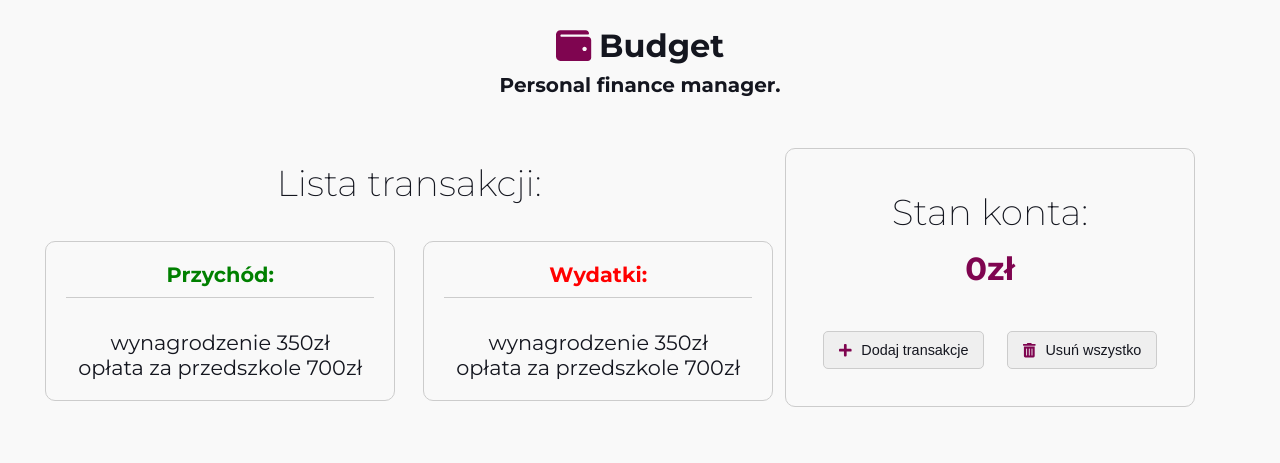
Repository: KrzysKolo/sr_tydzien4_zad4
Page: /
An editor plug-in stored every save of this project. The page is shown before and after the next save, followed by the edit.
The browser window is 1280 px wide. The pictures show the whole page.
Some web libraries are served in a nearby version. The project was rebuilt for these pictures with package versions that can differ from the ones it lists, and the page was loaded fresh each time. Also part of the build but not shown: src/components/budgetComponents/formComponents/Header.js, src/components/budgetComponents/formComponents/ErrorMessage.js, src/components/budgetComponents/formComponents/Input.js, src/components/budgetComponents/formComponents/Select.js.

Above is the page before, as saved 2020-12-03 23:12:50.

After the next save:
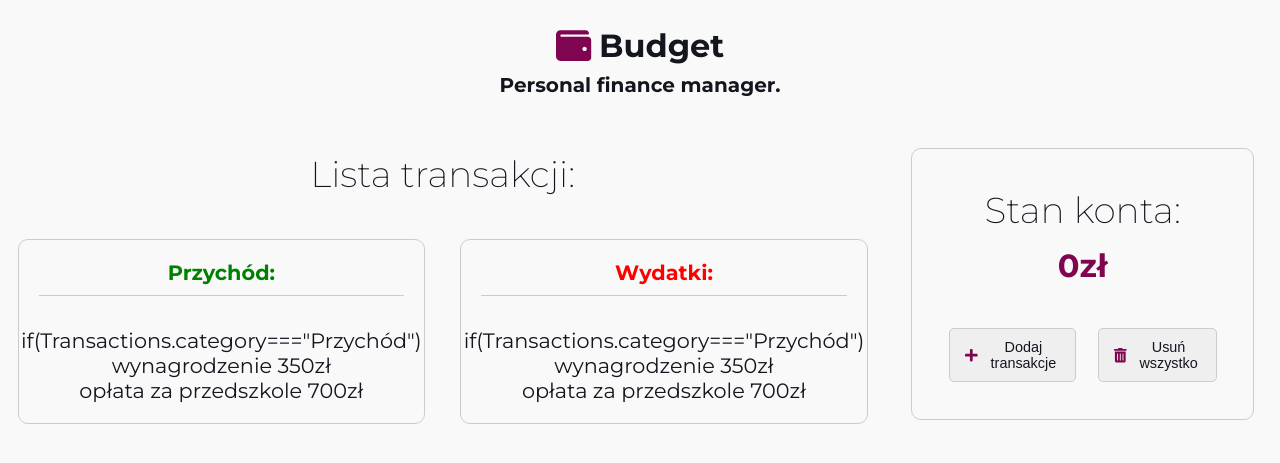
Saved 2 min 30 s later.
--- a/src/components/budgetComponents/Section.js
+++ b/src/components/budgetComponents/Section.js
@@ -20,6 +20,7 @@
    return (
         <SectionWrapper>
            <H1 title={title} label={label} />
+           if(Transactions.category==="Przychód")
             {Transactions.map(item => <div key={item.id}> {item.name} {item.amount}zł</div>)}
         </SectionWrapper>
     )

After the save that followed:
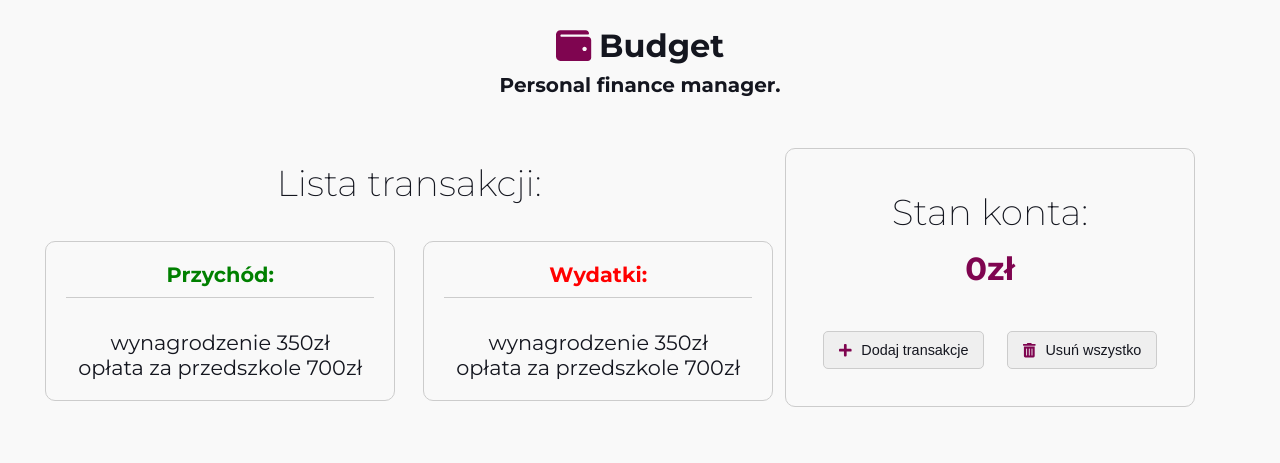
Saved 36 s later.
--- a/src/components/budgetComponents/Section.js
+++ b/src/components/budgetComponents/Section.js
@@ -20,8 +20,7 @@
    return (
         <SectionWrapper>
            <H1 title={title} label={label} />
-           if(Transactions.category==="Przychód")
-            {Transactions.map(item => <div key={item.id}> {item.name} {item.amount}zł</div>)}
+           {Transactions.map(item => <div key={item.id}> {item.name} {item.amount}zł</div>)}
         </SectionWrapper>
     )
 }
